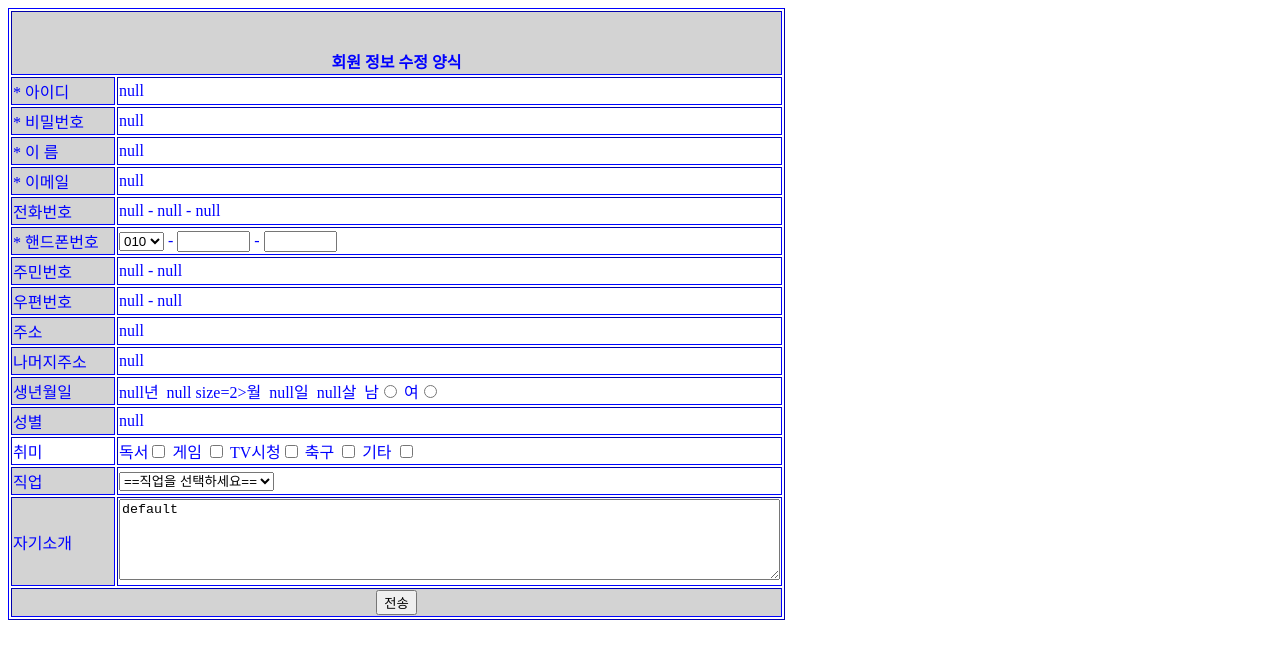
Repository: vkfkstptkd1/WebProgramming
Page: http://localhost/ch3_FormTag/In_Form_ok.jsp
The author's editor kept a copy of each file at every save. The page is drawn from the files as they stood at one save, then again after the next save.
The browser window is 1280 px wide. The pictures show the whole page.
The page is served by Tomcat 9.

Above is the page before, as saved 2021-03-20 09:56:55.

After the next save:
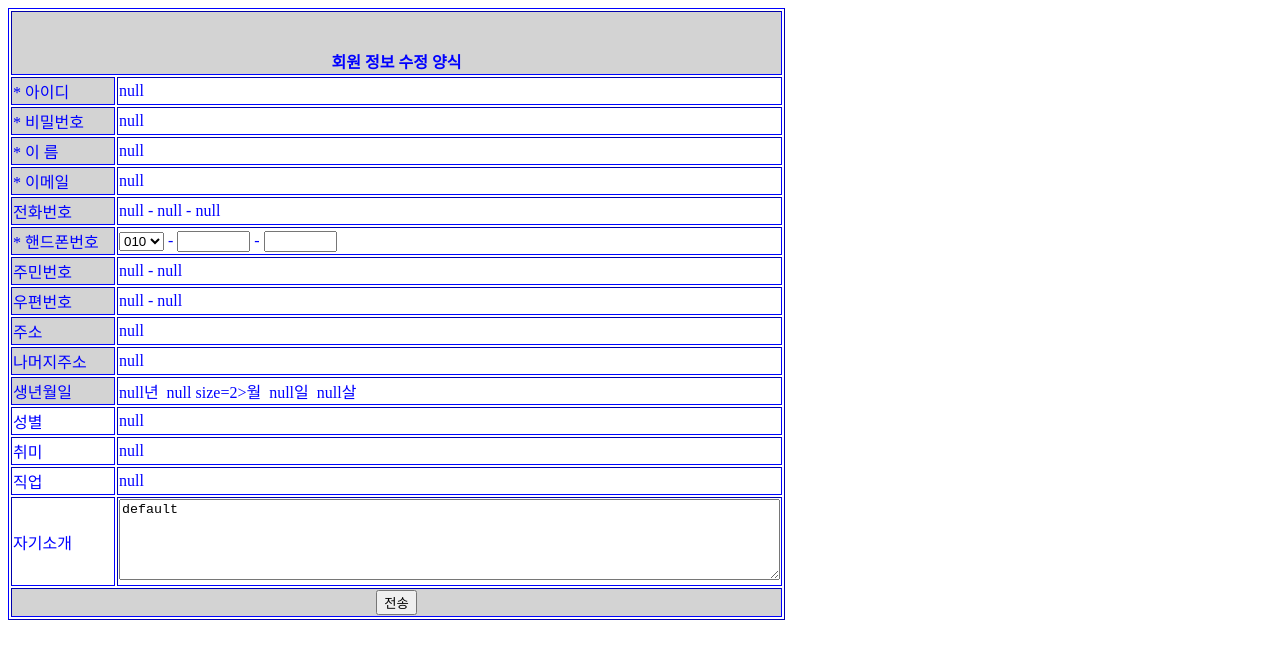
Saved 2 min 1 s later.
--- a/ch3_FormTag/WebContent/In_Form_ok.jsp
+++ b/ch3_FormTag/WebContent/In_Form_ok.jsp
@@ -78,34 +78,22 @@
 			  <%=request.getParameter("month") %> size=2>월&nbsp;
 			  <%=request.getParameter("day") %>일&nbsp;
 			  <%=request.getParameter("age") %>살&nbsp;
-			 남<input type="radio" name="gender" value="남">
-			 여<input type="radio" name="gender" value="여">
 		</td>
 	</tr>
-	<tr><td class="style0"> 성별</td>
-		<td> <%=request.getParameter("gender") %></td>
+	<tr><td class="style1"> 성별</td>
+		<td class="style1"> <%=request.getParameter("gender") %></td>
 	</tr>
 	<tr><td class="style1"> 취미</td>
 		<td class="style1">
-			 독서<input type="checkbox" name="hobby" value="독서">
-			 게임	<input type="checkbox" name="hobby" value="게임">
-		   TV시청<input type="checkbox" name="hobby" value="TV시청">
-			 축구	<input type="checkbox" name="hobby" value="축구">
-			 기타	<input type="checkbox" name="hobby" value="기타">
+			<%=request.getParameter("hobby") %>
 		</td>
 	</tr>
-	<tr><td class="style0"> 직업</td>
+	<tr><td class="style1"> 직업</td>
 		<td >
-		<SELECT NAME="job">
-         <OPTION VALUE="">==직업을 선택하세요==</OPTION>
-         <OPTION VALUE="학생">학생</OPTION>
-         <OPTION VALUE="회사원">회사원</OPTION>
-         <OPTION VALUE="군인">군인</OPTION>
-         <OPTION VALUE="기타">기타</OPTION>
-	    </SELECT>
+		<%=request.getParameter("job") %>
 	    </td>
 	</tr>
-	<tr><td class="style0"> 자기소개</td>
+	<tr><td class="style1"> 자기소개</td>
 		<td class="style1">
 		<textarea name="intro" rows=5 cols=80 >default</textarea>
 		</td>
